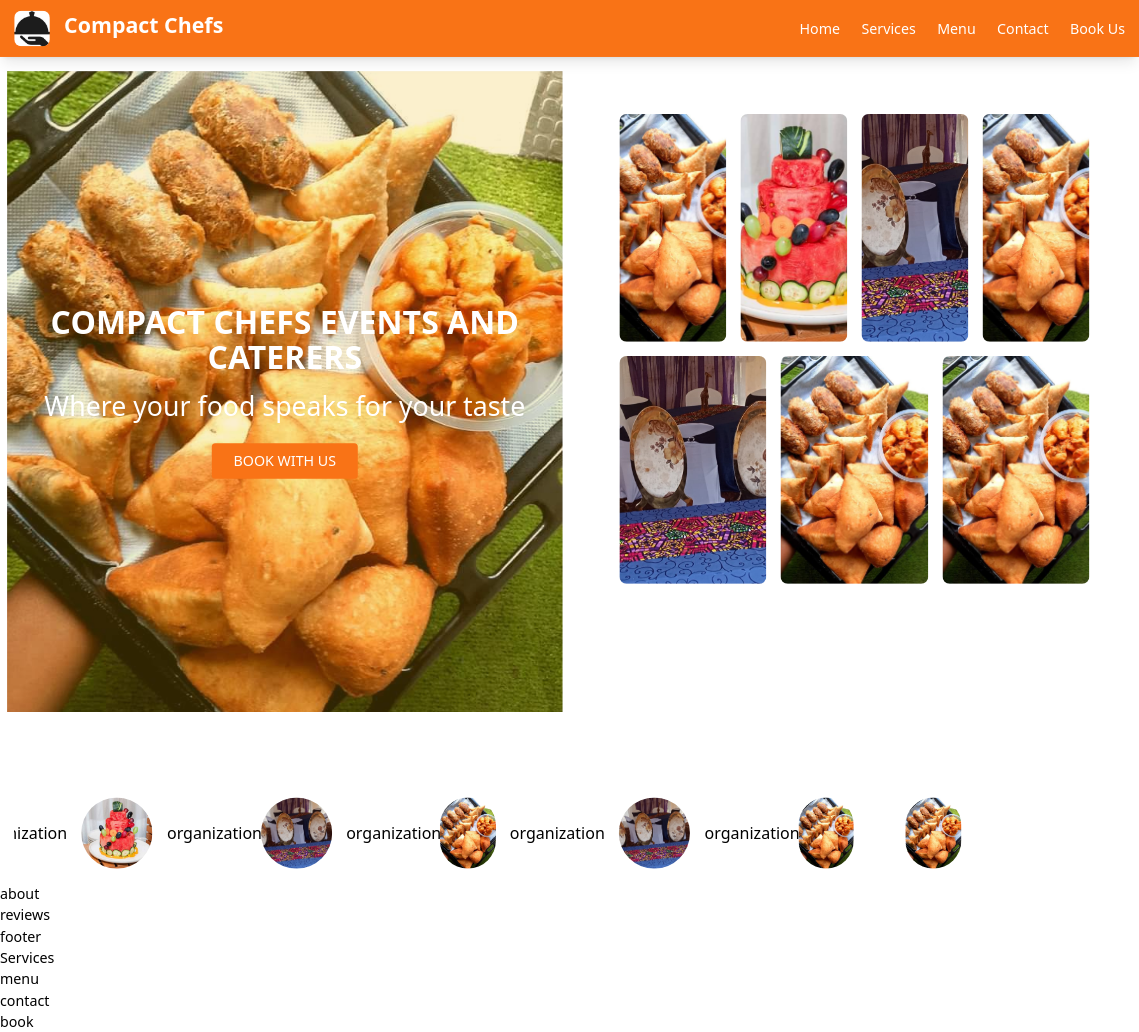
Repository: makanda596/compactchef
Page: /
An editor plug-in stored every save of this project. The page is shown before and after the next save, followed by the edit.
The browser window is 1280 px wide. The pictures show the whole page, at 89% of full size.
The project was rebuilt for these pictures with package versions that can differ from the ones it lists, and the page was loaded fresh each time.

Above is the page before, as saved 2025-01-07 14:36:15.

### public/index.html
<!DOCTYPE html>
<html lang="en">
  <head>
    <meta charset="utf-8" />
    <link rel="icon" href="./logo.jpg" />
    <meta name="viewport" content="width=device-width, initial-scale=1" />

    <link rel="apple-touch-icon" href="./logo.jpg" />


    <title>CompactChef Events</title>
  </head>
  <body>
    <div id="root"></div>
  </body>
</html>

### src/App.js
import Home from './pages/Home.jsx'
import Services from './pages/Services.jsx'
import Menu from './pages/Menu.jsx'
import Contact from './pages/Contact.jsx'
import Book from './pages/Book.jsx'
function App() {
  return (
    <>
      <Home />
      <Services />
      <Menu />
      <Contact />
      <Book />
    </>
  );
}

export default App;

### src/pages/Home.jsx
import React from 'react'
import Hero from '../components/Hero.jsx'
import Client from '../components/Client.jsx'
import About from '../components/About.jsx'
import Reviews from '../components/Reviews.jsx'
import Footer from '../components/Footer.jsx'
import Navbar from '../components/Navbar.jsx'
function Home() {
    return (
        <div>
            <Navbar />
            <Hero />
            <Client />
            <About />
            <Reviews />
            <Footer />
        </div>
    )
}

export default Home

### src/pages/Services.jsx
import React from 'react'

function Services() {
    return (
        <div>
            Services
        </div>
    )
}

export default Services

### src/pages/Menu.jsx
import React from 'react'

function Menu() {
    return (
        <div>
            menu
        </div>
    )
}

export default Menu

### src/pages/Contact.jsx
import React from 'react'

function Contact() {
    return (
        <div>
            contact
        </div>
    )
}

export default Contact

### src/pages/Book.jsx
import React from 'react'

function Book() {
    return (
        <div>
            book
        </div>
    )
}

export default Book

### src/components/Hero.jsx
import React from 'react';
import hero from '../assets/hero.jpg';
import event from '../assets/event.jpg'
import cake from '../assets/cake.jpg'
function Hero() {
    const herofiles = [
        {
            id: 1,
            img: hero
        },
        {
            id: 1,
            img: cake
        },
        {
            id: 1,
            img: event
        },
        {
            id: 1,
            img: hero
        }
        ,
        {
            id: 1,
            img: event
        },
        {
            id: 1,
            img: hero
        },
        {
            id: 1,
            img: hero
        },


    ]
    return (
        <div className="grid md:grid-cols-2 gap-4 my-20 px-2">
            <div className="relative flex flex-col h-screen">
                <img src={hero} alt="Hero" className="object-cover w-full h-full" />
                <div className="absolute top-0 left-0 w-full h-full bg-yellow-500 bg-opacity-20 flex flex-col justify-center items-center text-white p-8">
                    <h1 className="text-4xl font-bold text-center text-white">COMPACT CHEFS EVENTS AND CATERERS</h1>
                    <p className="mt-4 text-3xl text-center">Where your food speaks for your taste</p>
                    <button className="mt-6 bg-orange-500 px-6 py-2 rounded text-white-500 hover:bg-gray-700">BOOK WITH US</button>
                </div>
            </div>

            <div className="gap-4 p-12">
                <div className="grid grid-cols-4 gap-4 mb-4">
                    {herofiles.slice(0, 4).map((item, index) => (
                        <img
                            src={item.img}
                            alt=""
                            key={index}
                            className="h-64 w-full rounded-lg object-cover"
                        />
                    ))}
                </div>

                <div className="grid grid-cols-3 gap-4 mb-4">
                    {herofiles.slice(4, 7).map((item, index) => (
                        <img
                            src={item.img}
                            alt=""
                            key={index}
                            className="h-64 w-full rounded-lg object-cover"
                        />
                    ))}
                </div>

                <div className="grid grid-cols-4 gap-4">
                    {herofiles.slice(7, 11).map((item, index) => (
                        <img
                            src={item.img}
                            alt=""
                            key={index}
                            className="h-64 w-full rounded-lg object-cover"
                        />
                    ))}
                </div>
            </div>



        </div>
    );
}

export default Hero;

### src/components/Client.jsx
import React from 'react'

import hero from '../assets/hero.jpg';
import event from '../assets/event.jpg'
import cake from '../assets/cake.jpg'
function Client() {
    const clients = [
        {
            id: 1,
            img: hero,
            name: 'organization'
        },
        {
            id: 1,
            img: cake,
            name: 'organization'

        },
        {
            id: 1,
            img: event,
            name: 'organization'

        },
        {
            id: 1,
            img: hero,
            name: 'organization'

        }
        ,
        {
            id: 1,
            img: event,
            name: 'organization'

        },
        {
            id: 1,
            img: hero,


        },
        {
            id: 1,
            img: hero
        },


    ]
    return (
        <div className="p-4">
            <div className="overflow-hidden">
                <div className="flex animate-slide">
                    {clients.map((client, index) => (
                        <div key={index} className="flex items-center mx-6">
                            <img
                                src={client.img}
                                alt={client.name}
                                className="h-20 w-20 rounded-full object-cover"
                            />
                            <p className="ml-4 text-lg">{client.name}</p>
                        </div>
                    ))}
                </div>
            </div>
        </div>

    )
}

export default Client

### src/components/About.jsx
import React from 'react'

function About() {
    return (
        <div>
            about
        </div>
    )
}

export default About

### src/components/Reviews.jsx
import React from 'react'

function Reviews() {
    return (
        <div>
            reviews

        </div>
    )
}

export default Reviews

### src/components/Footer.jsx
import React from 'react'

function Footer() {
    return (
        <div>
            footer
        </div>
    )
}

export default Footer

### src/components/Navbar.jsx
import React, { useState } from "react";
import logo from '../assets/logo.jpg'
const Navbar = () => {
    const [isOpen, setIsOpen] = useState(false);

    return (
        <nav className="bg-orange-500 shadow-lg fixed top-0 z-50 w-full">
            <div className="container mx-auto px-4 flex justify-between items-center h-16">

                <div className="text-white font-bold text-2xl flex space-x-4">
                    <img src={logo} alt="" className="w-10 rounded-lg object-cover" />
                    <p>Compact Chefs</p></div>

                <div className="lg:hidden">
                    <button
                        onClick={() => setIsOpen(!isOpen)}
                        className="text-white focus:outline-none"
                    >
                        <svg
                            className="w-6 h-6"
                            xmlns="http://www.w3.org/2000/svg"
                            fill="none"
                            viewBox="0 0 24 24"
                            stroke="currentColor"
                        >
                            {isOpen ? (
                                <path
                                    strokeLinecap="round"
                                    strokeLinejoin="round"
                                    strokeWidth="2"
                                    d="M6 18L18 6M6 6l12 12"
                                />
                            ) : (
                                <path
                                    strokeLinecap="round"
                                    strokeLinejoin="round"
                                    strokeWidth="2"
                                    d="M4 6h16M4 12h16M4 18h16"
                                />
                            )}
                        </svg>
                    </button>
                </div>

                {/* Links for Desktop */}
                <div className="hidden lg:flex space-x-6">
                    <a href="#home" className="text-white hover:underline">
                        Home
                    </a>
                    <a href="#services" className="text-white hover:underline">
                        Services
                    </a>
                    <a href="#menu" className="text-white hover:underline">
                        Menu
                    </a>
                    <a href="#contact" className="text-white hover:underline">
                        Contact
                    </a>
                    <a href="#book-us" className="text-white hover:underline">
                        Book Us
                    </a>
                </div>
            </div>

            {/* Mobile Menu */}
            {isOpen && (
                <div className="lg:hidden bg-orange-400">
                    <a
                        href="#home"
                        className="block py-2 px-4 text-white hover:bg-orange-300"
                    >
                        Home
                    </a>
                    <a
                        href="#services"
                        className="block py-2 px-4 text-white hover:bg-orange-300"
                    >
                        Services
                    </a>
                    <a
                        href="#menu"
                        className="block py-2 px-4 text-white hover:bg-orange-300"
                    >
                        Menu
                    </a>
                    <a
                        href="#contact"
                        className="block py-2 px-4 text-white hover:bg-orange-300"
                    >
                        Contact
                    </a>
                    <a
                        href="#book-us"
                        className="block py-2 px-4 text-white hover:bg-orange-300"
                    >
                        Book Us
                    </a>
                </div>
            )}
        </nav>
    );
};

export default Navbar;

### tailwind.config.js
/** @type {import('tailwindcss').Config} */
module.exports = {
  content: [
    "./src/**/*.{js,jsx,ts,tsx}",
  ],
  theme: {
    extend: {
      animation: {
        'slide': 'slide 10s linear infinite',
      },
      keyframes: {
        slide: {
          '0%': { transform: 'translateX(100%)' },
          '100%': { transform: 'translateX(-100%)' },
        },
      },
    },
  },
  plugins: [],


}

Loaded but not shown: src/index.js (common file); src/index.css (common file); src/reportWebVitals.js (common file)

After the next save:
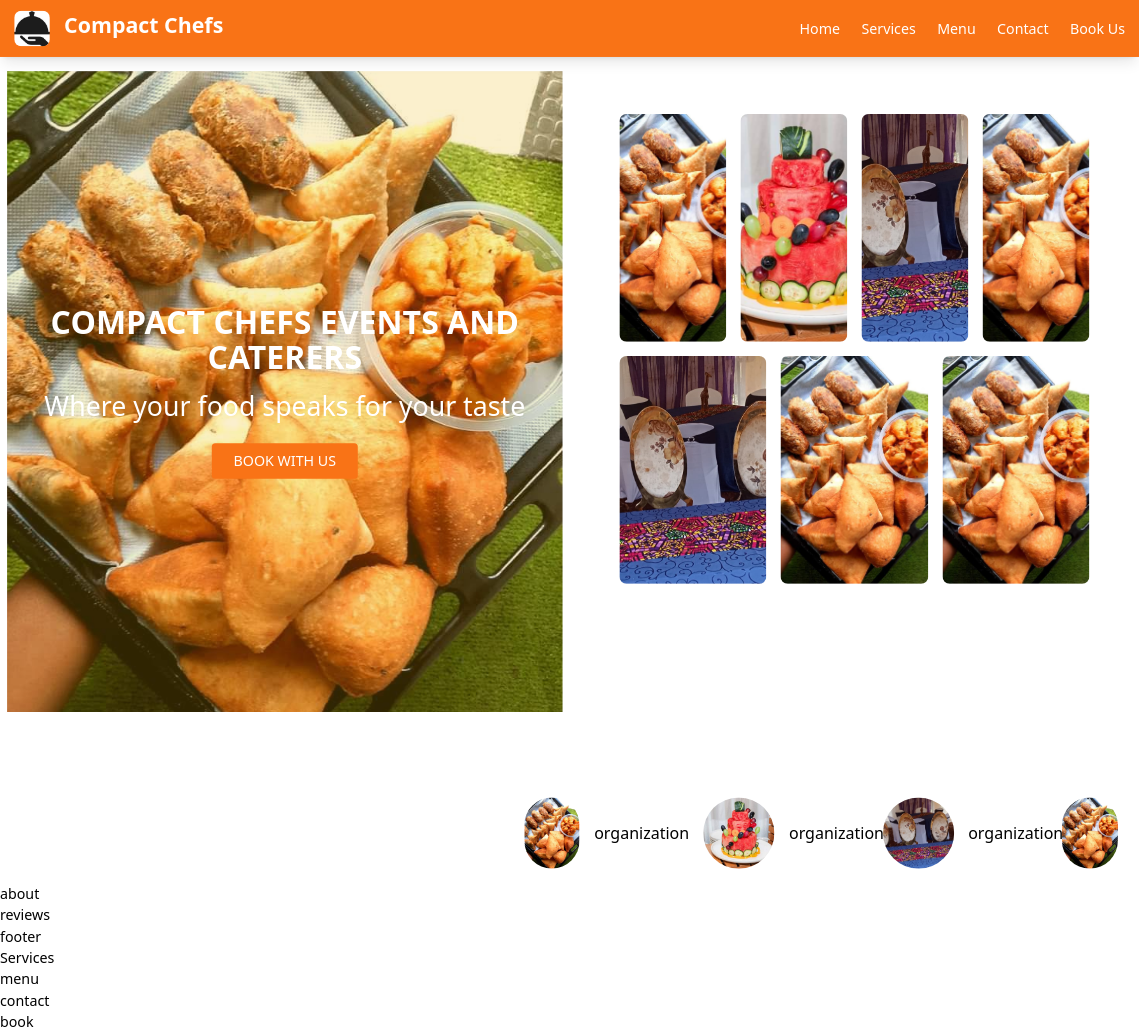
Saved 50 s later.
--- a/tailwind.config.js
+++ b/tailwind.config.js
@@ -6,7 +6,7 @@ module.exports = {
   theme: {
     extend: {
       animation: {
-        'slide': 'slide 10s linear infinite',
+        'slide': 'slide 20s linear infinite',
       },
       keyframes: {
         slide: {
